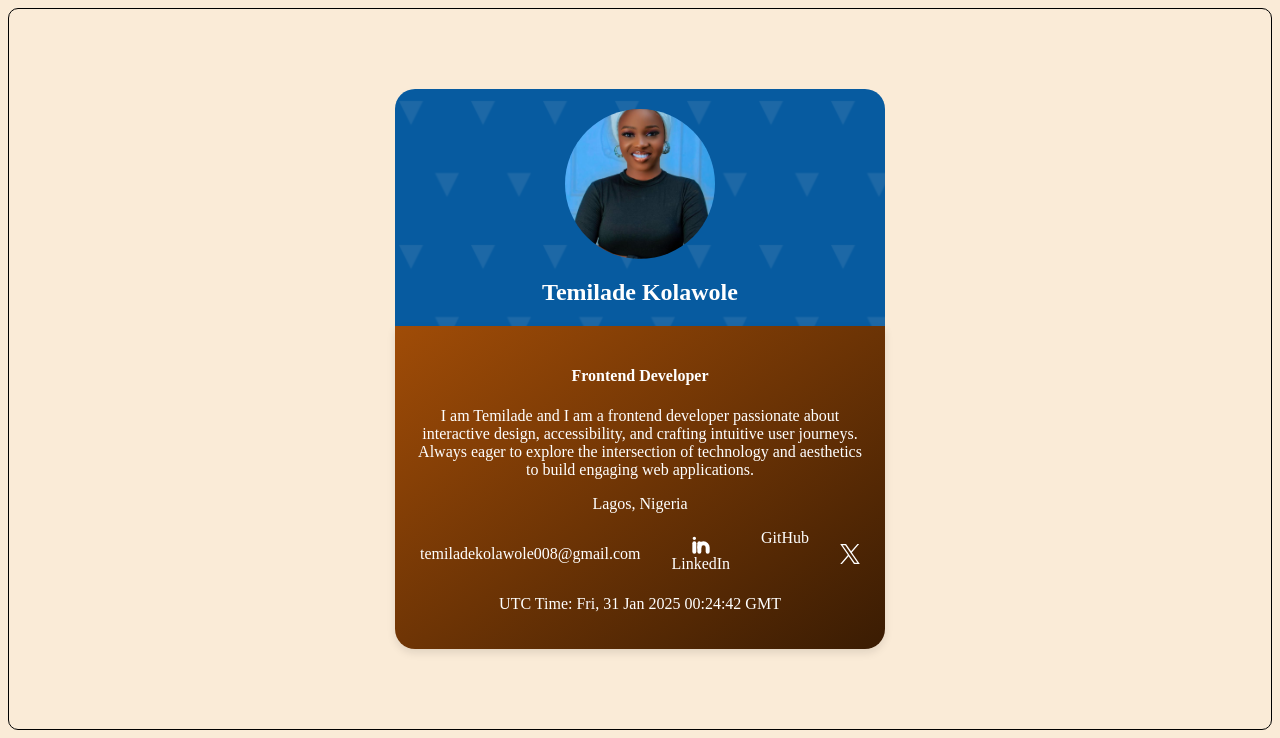
Repository: KolawoleTemilade/ticket-guarantor
Page: profilecard/index..html
An editor plug-in stored every save of this project. The page is shown before and after a run of saves, followed by the edit.
The browser window is 1280 px wide. The pictures show the whole page.

Above is the page before, as saved 2025-02-05 01:07:59.

### profilecard/index..html
<!DOCTYPE html>
<html lang="en">
  <head>
    <meta charset="UTF-8" />
    <meta name="viewport" content="width=device-width, initial-scale=1.0" />
    <title>Profile Card</title>
    <link rel="stylesheet" href="style.css" />
  </head>
  <body>
    <section class=" ">
      <div class="background" style="background-image: url('./asset/bgo.svg')">
        <img
          src="./asset/profile.jpg"
          alt="Profile Picture"
          data-testid="profilePicture"
        />
        <h2 class="fullname" data-testid="fullName">Temilade Kolawole</h2>
      </div>
      <div class="card">
        <h4 data-testid="jobTitle">Frontend Developer</h4>
        <p data-testid="shortBio">
          I am Temilade and I am a frontend developer passionate about
          interactive design, accessibility, and crafting intuitive user
          journeys. Always eager to explore the intersection of technology and
          aesthetics to build engaging web applications.
        </p>
        <p data-testid="currentLocation">Lagos, Nigeria</p>

        <div class="social-links" data-testid="socialLinks">
          <p data-testid="emailAddress">
            <a href="mailto:temiladekolawole008@gmail.com" target="_blank">
              temiladekolawole008@gmail.com
            </a>
          </p>

          <a
            href="https://linkedin.com/in/temiladekolawole13"
            target="_blank"
            class="socials"
          >
            <img src="./asset/linkedin.svg" alt="" />LinkedIn</a
          >
          <a href="https://github.com/kolawoleTemilade" target="_blank"
            >GitHub</a
          >
          <a
            href="https://twitter.com/temmie415"
            target="_blank"
            class="socials"
          >
            <img src="./asset/twitter.svg" alt=""
          /></a>
        </div>
        <p data-testid="currentTimeUTC" id="utcTime"></p>
      </div>
    </section>

    <script>
      // Update UTC time every second
      function updateTime() {
        const utcTime = new Date().toUTCString();
        document.getElementById("utcTime").textContent = `UTC Time: ${utcTime}`;
      }

      // Initial call and set interval
      updateTime();
      setInterval(updateTime, 1000);
    </script>
  </body>
</html>

### profilecard/style.css
body {
  display: flex;
  align-items: center;
  justify-content: center;
  height: 100vh;
  border: 1px solid ;
  border-radius: 10px;
  background-color: antiquewhite;
}

.card {
  background: #fff;
  padding: 20px;
  border-radius: 0 0  20px 20px;
  box-shadow: 0 4px 8px rgba(0, 0, 0, 0.1);
  text-align: center;
  max-width: 450px;
  width: 100%;
  background: linear-gradient(145deg, #A04C07, #3A1C03);
}
.card p, .card h4{
  color: #fff;
}
.card h4 {
  font-size: 16px;
}
.background {
  width: 100%;
  padding: 0;
  display: flex;
  flex-direction: column;
  justify-content: center;
  align-items: center;
  border-radius:20px 20px   0 0 ;
}
.background > img {
  width: 150px;
  height: 150px;
  border-radius: 50%;
  object-fit: cover;
  margin-top: 20px;
}
.fullname {
  color: #fff;
  font-size: 24px;
}

a {
  margin: 0 5px;
  text-decoration: none;
  color: white;
}
.social-links {
  display: flex;
  justify-content: space-between;
}

.socials {
  display: flex;
  flex-direction: column;
  align-items: center;
  justify-content: center;
}
.socials img {
  width: 20px;
  height: 20px;
}

### profilecard/asset/linkedin.svg
<svg width="20" height="20" viewBox="0 0 20 20" fill="none" xmlns="http://www.w3.org/2000/svg">
<path d="M3.33335 4.99999C4.25383 4.99999 5.00002 4.2538 5.00002 3.33332C5.00002 2.41285 4.25383 1.66666 3.33335 1.66666C2.41288 1.66666 1.66669 2.41285 1.66669 3.33332C1.66669 4.2538 2.41288 4.99999 3.33335 4.99999Z" fill="white"/>
<path d="M3.33331 8.33334V16.6667" stroke="white" stroke-width="4" stroke-linecap="round" stroke-linejoin="round"/>
<path d="M8.33331 8.33334V16.6667" stroke="white" stroke-width="4" stroke-linecap="round" stroke-linejoin="round"/>
<path d="M8.33331 12.5C8.33331 10.2 10.2 8.33334 12.5 8.33334C14.8 8.33334 16.6666 10.2 16.6666 12.5V16.6667" stroke="white" stroke-width="4" stroke-linecap="round" stroke-linejoin="round"/>
</svg>

### profilecard/asset/twitter.svg
<svg width="20" height="20" viewBox="0 0 20 20" fill="none" xmlns="http://www.w3.org/2000/svg">
<path d="M11.8619 8.46875L19.1472 0H17.4207L11.095 7.35313L6.04253 0H0.215027L7.85534 11.1194L0.215027 20H1.94159L8.6219 12.2348L13.9575 20H19.785L11.8614 8.46875H11.8619ZM9.49722 11.2172L8.723 10.11L2.56362 1.29969H5.2155L10.186 8.41L10.96 9.51719L17.4214 18.7594H14.7699L9.49722 11.2177V11.2172Z" fill="white"/>
</svg>

After the next 2 saves:
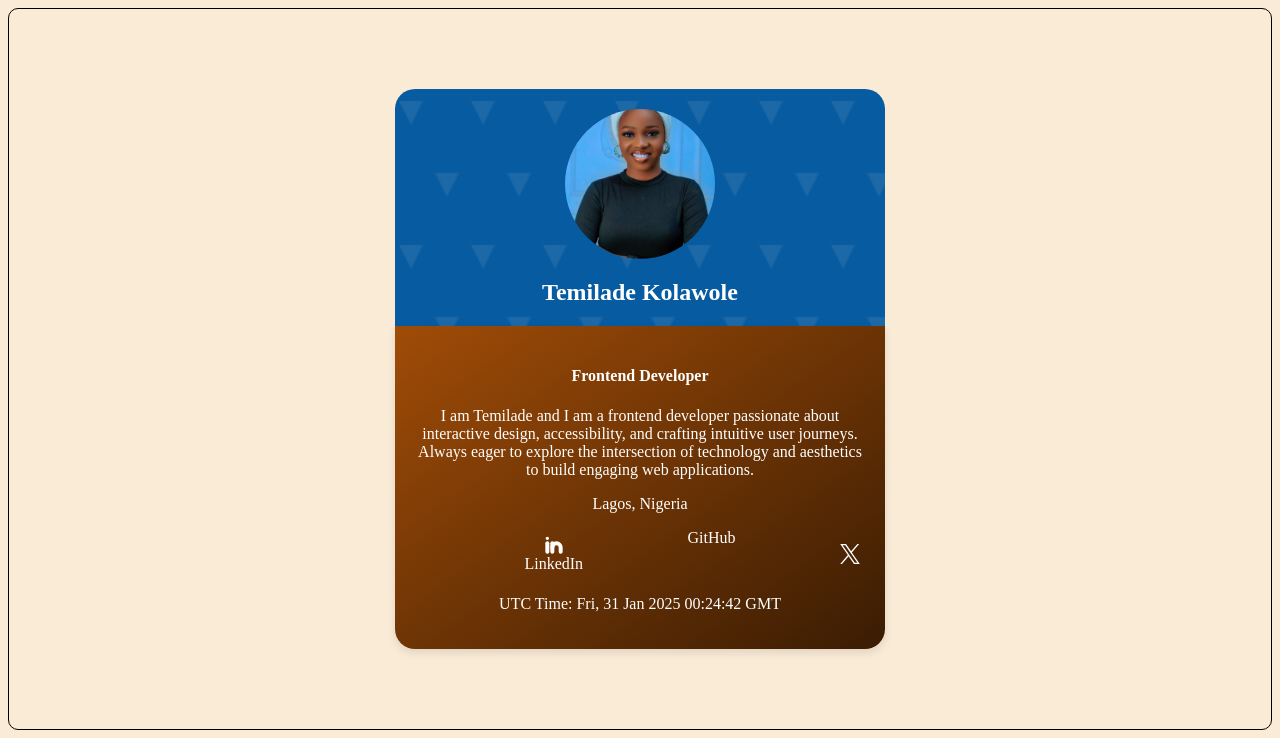
The 2 saves are shown as one change because they came seconds apart.
The last was saved 21 s later.
--- a/profilecard/index..html
+++ b/profilecard/index..html
@@ -29,7 +29,7 @@
         <div class="social-links" data-testid="socialLinks">
           <p data-testid="emailAddress">
             <a href="mailto:temiladekolawole008@gmail.com" target="_blank">
-              temiladekolawole008@gmail.com
+              <img src="" alt="">
             </a>
           </p>
 
